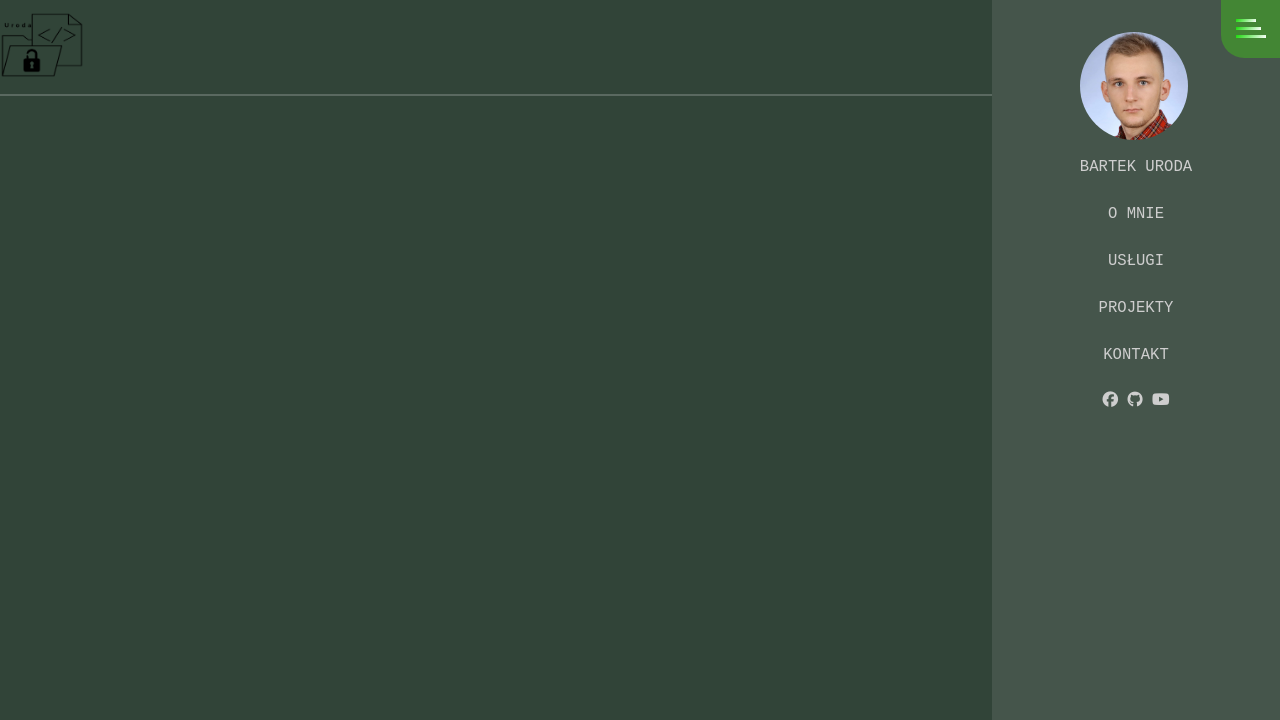
Repository: BartekUroda/portfolio
Page: index.html
The author's editor kept a copy of each file at every save. The page is drawn from the files as they stood at one save, then again after the next save.
The browser window is 1280 px wide. The pictures show the whole page.
Some web fonts or font styles are not loaded; a fallback is used. Some web libraries are served in a nearby version.

Above is the page before, as saved 2020-10-26 21:45:37.

### index.html
<!DOCTYPE html>
<html lang="en">
<head>
    <meta charset="UTF-8">
    <meta name="viewport" content="width=device-width, initial-scale=1.0">
    <title>Portfolio-Bartek Uroda</title>
    <link rel="stylesheet" type="text/css" href="css/style.css">
    <script src="js/script.js"></script>
    <link href="https://fonts.googleapis.com/css2?family=Poppins&sfamily=Share+Tech+Mono&display=swap" rel="stylesheet">
    <script src="https://kit.fontawesome.com/056e5c10dc.js" crossorigin="anonymous"></script>
    <link rel="shortcut icon" type="image/x-icon" href="images/favicon.ico" />
</head>
 <body>
    <header>
        <div class="container">
            <nav>
                <div class="nav-brand">
                    <a href="index.html">
                        <img src="images/logo.png" alt="Uroda">
                    </a>
                </div>
                <div class="burger-menu-icon">
                    <div class="line1"></div>
                    <div class="line2"></div>
                    <div class="line3"></div>
                </div>
                <ul class="nav-list">
                    <li class="nav-item">
                      <a href="#landing-page">
                        <img
                          src="images/profile.jpeg"
                          alt="Bartek Uroda"
                          class="profile-pic nav-link"
                        >
                        <span class="caption nav-link">Bartek Uroda</span>
                      </a>
                    </li>
                    <li class="nav-item">
                      <a href="#about" class="nav-link">O mnie</a>
                    </li>
                    <li class="nav-item">
                      <a href="#services" class="nav-link">Usługi</a>
                    </li>
                    <li class="nav-item">
                      <a href="#projects" class="nav-link">Projekty</a>
                    </li>
                    <li class="nav-item">
                      <a href="#contact" class="nav-link">Kontakt</a>
                    </li>
                    <li class="nav-item">
                      <a href="https://www.facebook.com/bartlomiej.uroda.3" target="_blank" class="nav-link">
                        <i class="fab fa-facebook"></i>
                      </a>
                      <a href="https://github.com/Urodii" target="_blank" class="nav-link">
                        <i class="fab fa-github"></i>
                      </a>
                      <a href="https://www.youtube.com/channel/UCzT1h5RNvmbtrmKT5hPjyAg?view_as=subscriber" target="_blank" class="nav-link">
                        <i class="fab fa-youtube"></i>
                      </a>
                    </li>
                  </ul>
            </nav>
        </div>
    </header>
 </body>
</html>

### css/style.css
/* ----------GLOBAL STYLES---------- */
*,
*::before,
*::after {
  margin: 0;
  padding: 0;
  box-sizing: inherit;
}
html {
    font-family: "Share Tech Mono", monospace;
    font-size: 12px;
    box-sizing: border-box;
    scroll-behavior: smooth;
    color: #e7e7e7;
    background: rgb(49, 68, 56);
}

a {
    text-decoration: none;
    color: rgb(3, 155, 23);
}

a:hover {
    color: rgba(249, 105, 14, 1);
}

ul {
    list-style: none;
}

p {
    font-size: 1.4rem;
}

img {
    width: 100%;
    max-width: 100%;
    height: auto;
}
/* ----------HEADER---------- */
header {
    width: 100%;
    height: 5rem;
    position: absolute;
    top: 0;
    left: 0;
    z-index: 1;
}
.contenier {
    width: 100%;
    max-width: 90rem;
    margin: 0 auto;
    padding: 0 1.5rem;
}
.nav-brand {
    width: 7rem;
}
nav {
    width: 100%;
    display: flex;
    align-items: center;
    justify-content: space-between;
    padding: 1rem 0;
    border-bottom: 2px solid rgba(255, 255, 255, .2);
}
.line1 {
    width: 20px;
    height: 3px;
    margin: 5px 0;
    background: linear-gradient(
      135deg,
      rgb(27, 218, 10) 0%,
      rgb(255, 255, 255) 100%
    );
}
.line2 {
    width: 25px;
    height: 3px;
    background: linear-gradient(
      135deg,
      rgb(27, 218, 10) 0%,
      rgb(255, 255, 255) 100%
    );
}
.line3 {
    width: 30px;
    height: 3px;
    margin: 5px 0;
    background: linear-gradient(
      135deg,
      rgb(27, 218, 10) 0%,
      rgb(255, 255, 255) 100%
    );
}
.burger-menu-icon {
    cursor: pointer;
    z-index: 999;
    position: fixed;
    right: 0;
    top: 0;
    background-color: rgba(67, 145, 47, 0.815);
    padding: 1.2rem;
    border-radius: 0% 0% 0% 40%;
}
.profile-pic {
    height: 9rem;
    width: auto;
    border-radius: 50%;
    display: block;
    margin: 1.5rem 0;
}
.caption {
    display: block;
}
.nav-list {
    width: 24rem;
    height: 100vh;
    background-color:  rgb(69, 85, 75);
    position: fixed;
    top: 0;
    right: 0;
    display: flex;
    flex-direction: column;
    align-items: center;
    justify-self: start;
    z-index: 998;
    transition: all 650ms ease-in-out;
}
.nav-list.active {
    right: 0;
}
.nav-item {
    margin: 1.2rem 0;
}
.nav-link {
    opacity: 1;
    font-size: 1.3rem;
    text-transform: uppercase;
    color: #cecece;
}

Loaded but not shown: js/script.js (no stored copy; drawn as an empty file)

After the next save:
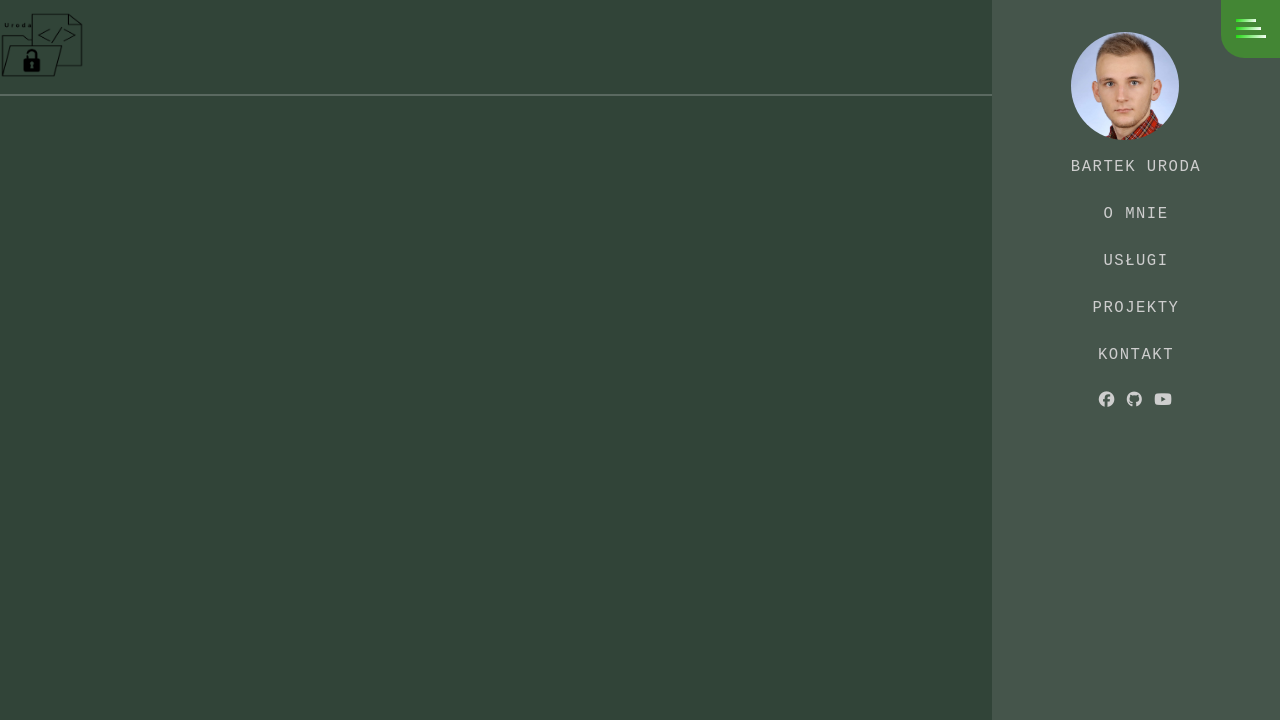
Saved 37 s later.
--- a/css/style.css
+++ b/css/style.css
@@ -137,4 +137,5 @@ nav {
     font-size: 1.3rem;
     text-transform: uppercase;
     color: #cecece;
+    letter-spacing: 1.5px;
 }
